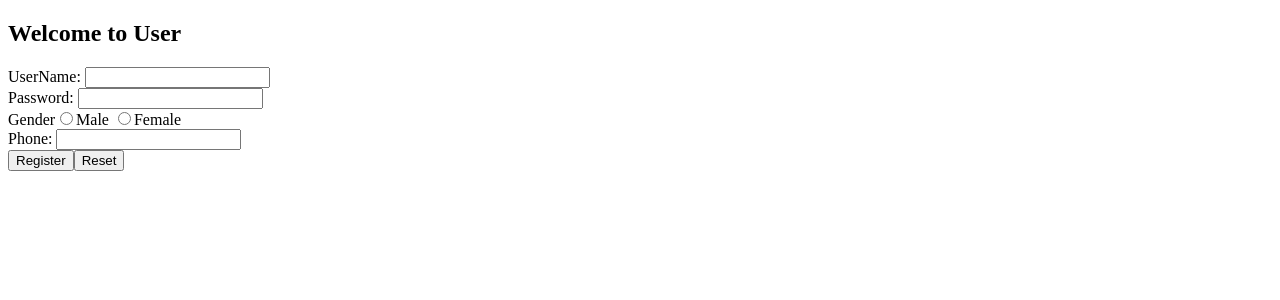
Repository: nikant20/Training
Page: javaee-mvc-orm-demo/WebContent/index.html
The author's editor kept a copy of each file at every save. The page is drawn from the files as they stood at one save, then again after the next save.
The browser window is 1280 px wide. The pictures show the whole page.

Above is the page before, as saved 2018-09-21 05:48:43.

After the next save:
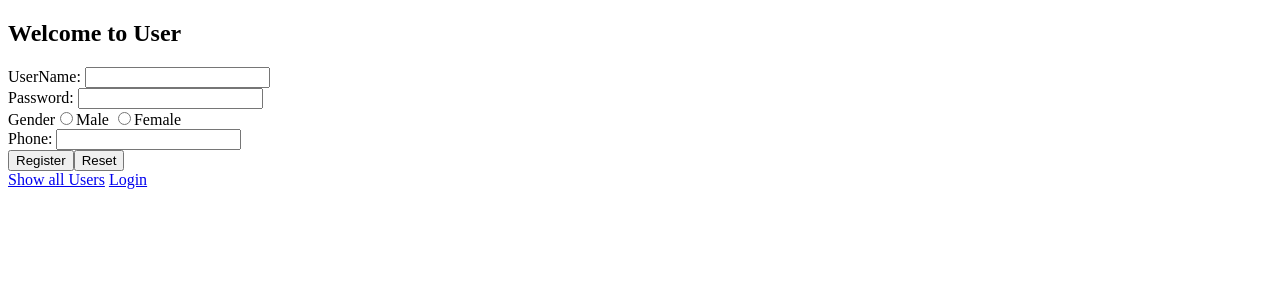
Saved 38 min 6 s later.
--- a/javaee-mvc-orm-demo/WebContent/index.html
+++ b/javaee-mvc-orm-demo/WebContent/index.html
@@ -15,5 +15,7 @@
 	<label>Phone: </label> <input type="text" name="phoneNumber"><br>
 	<input type="submit" value="Register"><input type="reset" value="Reset">
 	</form>
+	<a href="StoreServlet">Show all Users</a>
+	<a href="Login.html">Login</a>
 </body>
 </html>
